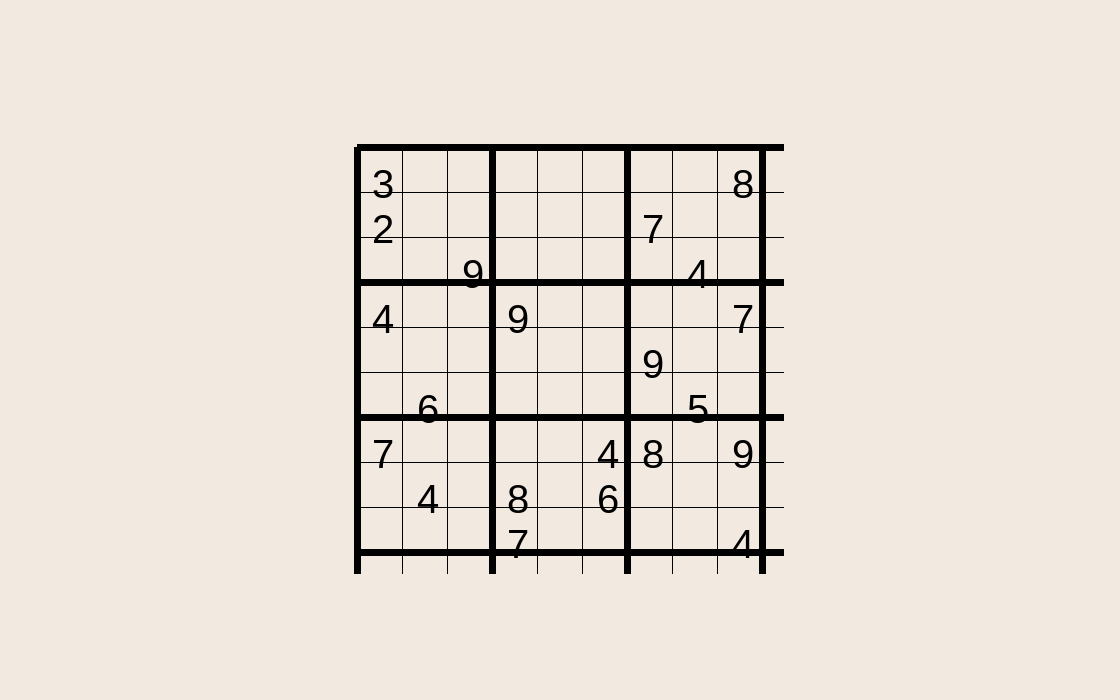
Repository: JensVL96/Puzzle-solver-for-fun
Script's output: python sudoku.py
These files come from the project's save history. The script's output is drawn as it stood at one moment and after the next save; the edit follows.
The window is shown after at most 60 frames with no key pressed. A system font it names is replaced by a similar one. Random numbers start from a fixed seed.

Above is the script's output before, as saved 2020-11-07 20:44:59.

After the next save:
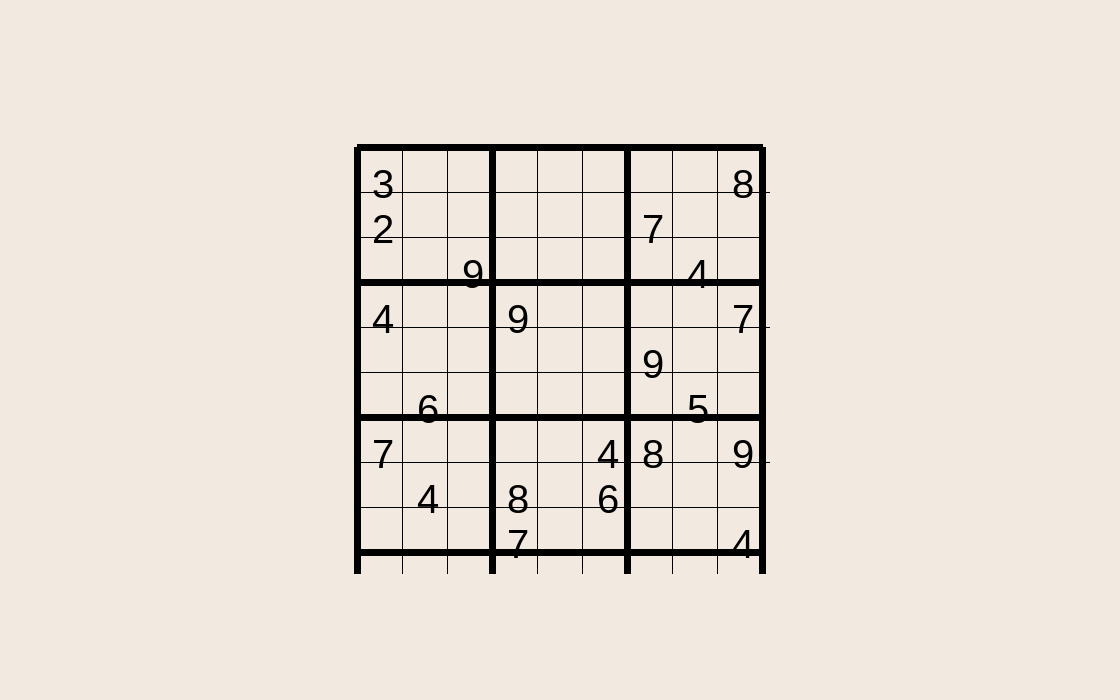
Saved 20 s later.
--- a/display_board.py
+++ b/display_board.py
@@ -50,7 +50,7 @@
             print("Start: ", TOP_LX + i * BLOCK_SIZE, TOP_LY, "end: ", BOT_LX + i * BLOCK_SIZE, BOT_LY)
             pg.draw.line(self.screen, BLACK, (TOP_LX,
                                             TOP_LY + i * BLOCK_SIZE),
-                                            (TOP_RX + 21,
+                                            (TOP_RX + size,
                                             TOP_RY + i * BLOCK_SIZE), thick)
             pg.draw.line(self.screen, BLACK, (TOP_LX + i * BLOCK_SIZE,
                                             TOP_LY),

After the save that followed:
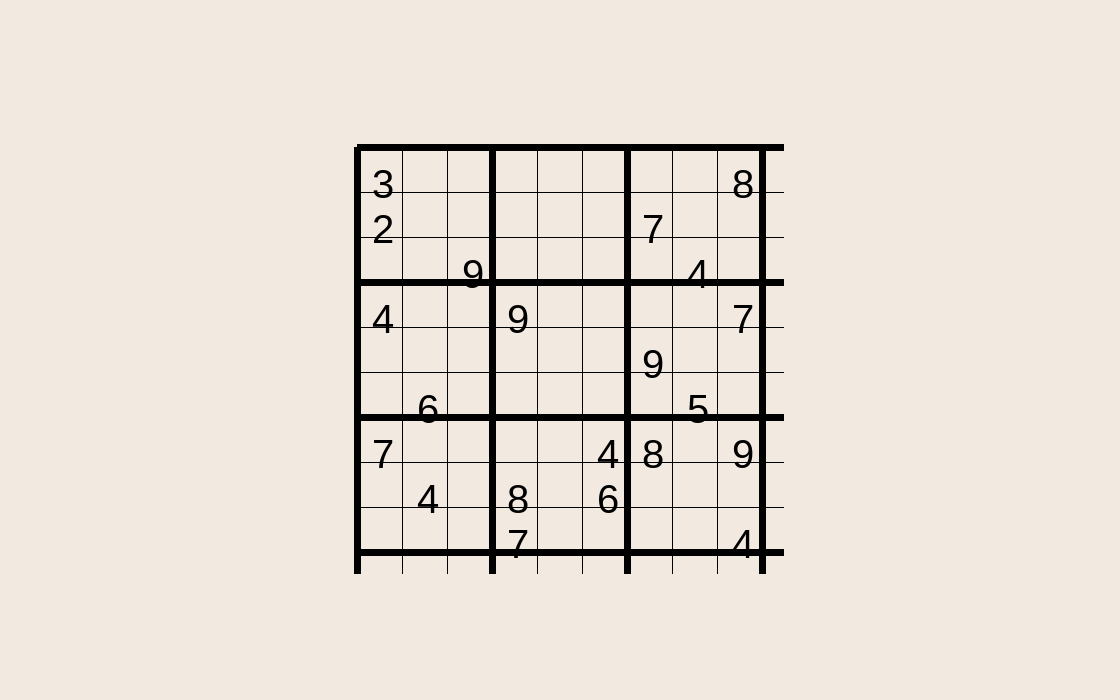
Saved 23 s later.
--- a/display_board.py
+++ b/display_board.py
@@ -50,7 +50,7 @@
             print("Start: ", TOP_LX + i * BLOCK_SIZE, TOP_LY, "end: ", BOT_LX + i * BLOCK_SIZE, BOT_LY)
             pg.draw.line(self.screen, BLACK, (TOP_LX,
                                             TOP_LY + i * BLOCK_SIZE),
-                                            (TOP_RX + size,
+                                            (TOP_RX + 21,
                                             TOP_RY + i * BLOCK_SIZE), thick)
             pg.draw.line(self.screen, BLACK, (TOP_LX + i * BLOCK_SIZE,
                                             TOP_LY),
